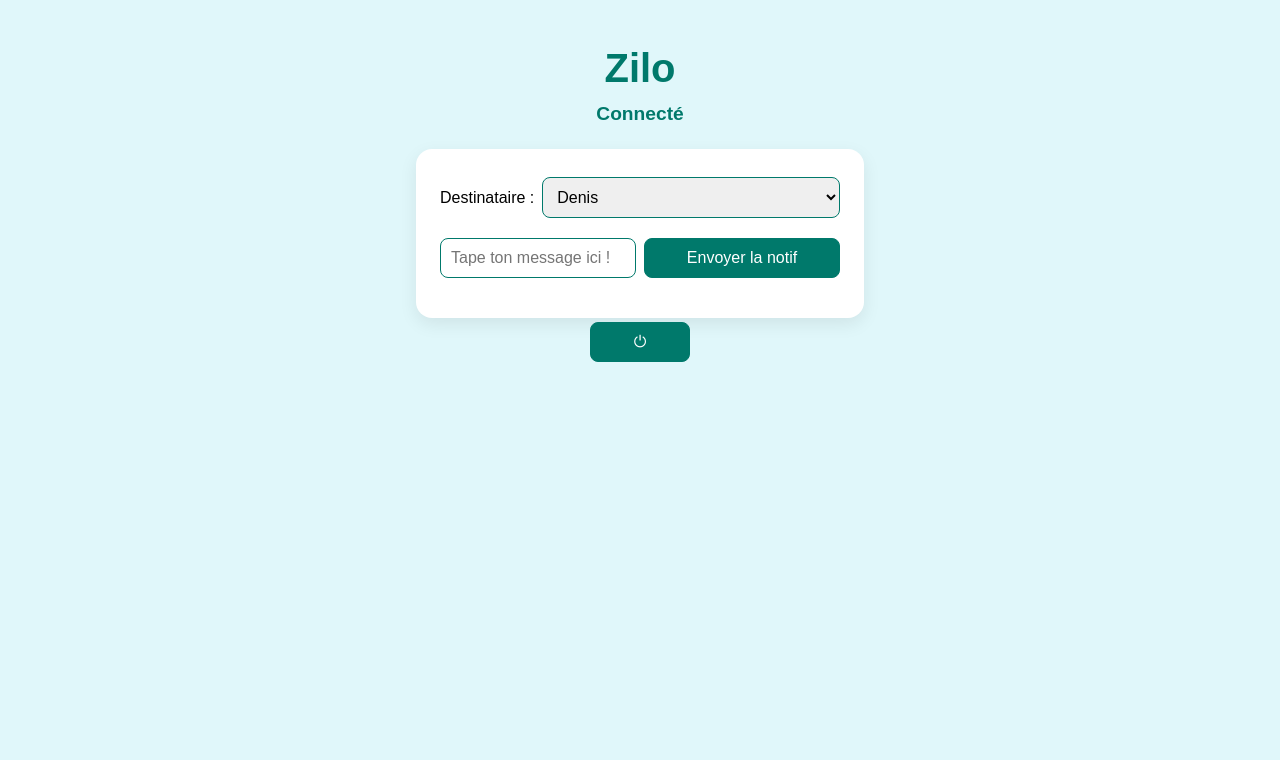
Repository: nlagardere/LumoNet
Page: public/index.html
These files come from the project's save history. The page is drawn as it stood at one moment and after a run of saves; the edit follows.
The browser window is 1280 px wide. The pictures show the whole page.

Above is the page before, as saved 2025-08-18 20:29:05.

After the next 2 saves:
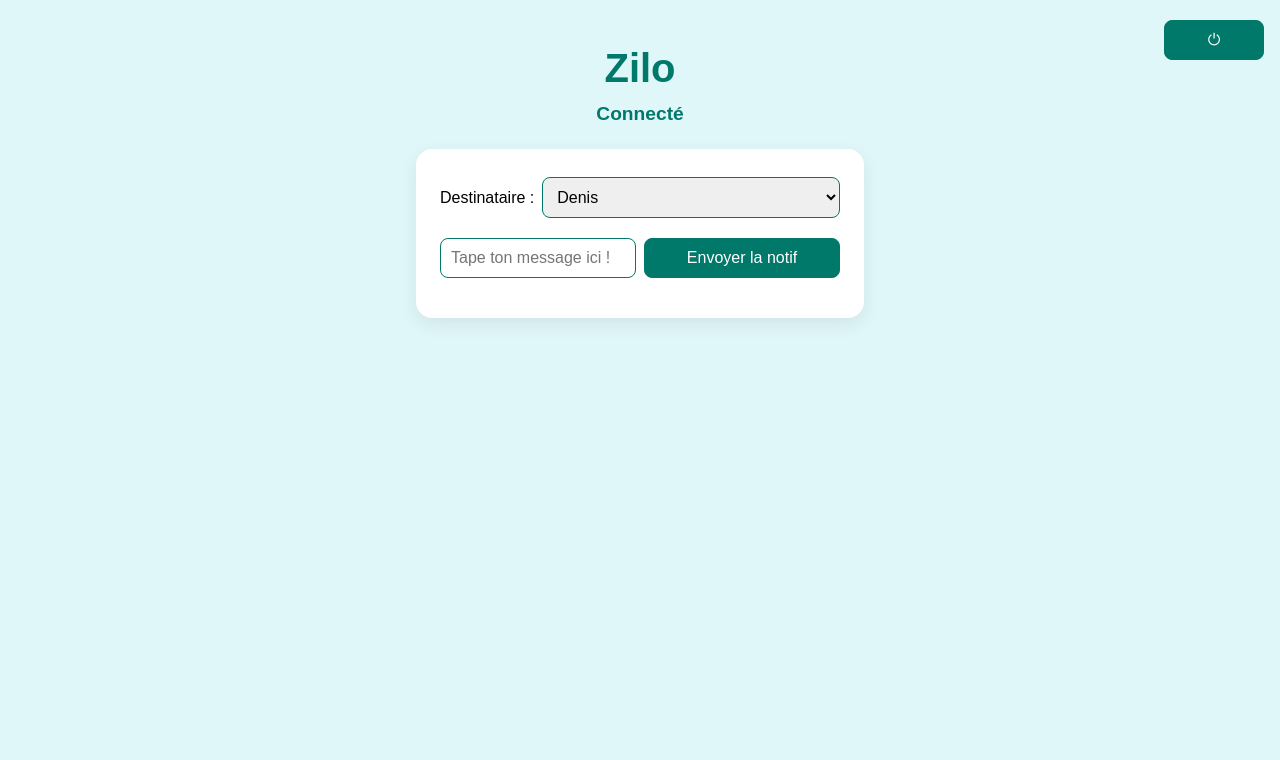
The 2 saves are shown as one change because they came seconds apart.
The last was saved 12 s later.
--- a/public/index.html
+++ b/public/index.html
@@ -79,7 +79,12 @@
     }
 
     .logout {
-
+      position:absolute;
+      top:16px;
+      right:16px;
+      display:flex;
+      justify-content:center;
+      align-items:center;
     }
 
     @media (max-width: 500px) {
